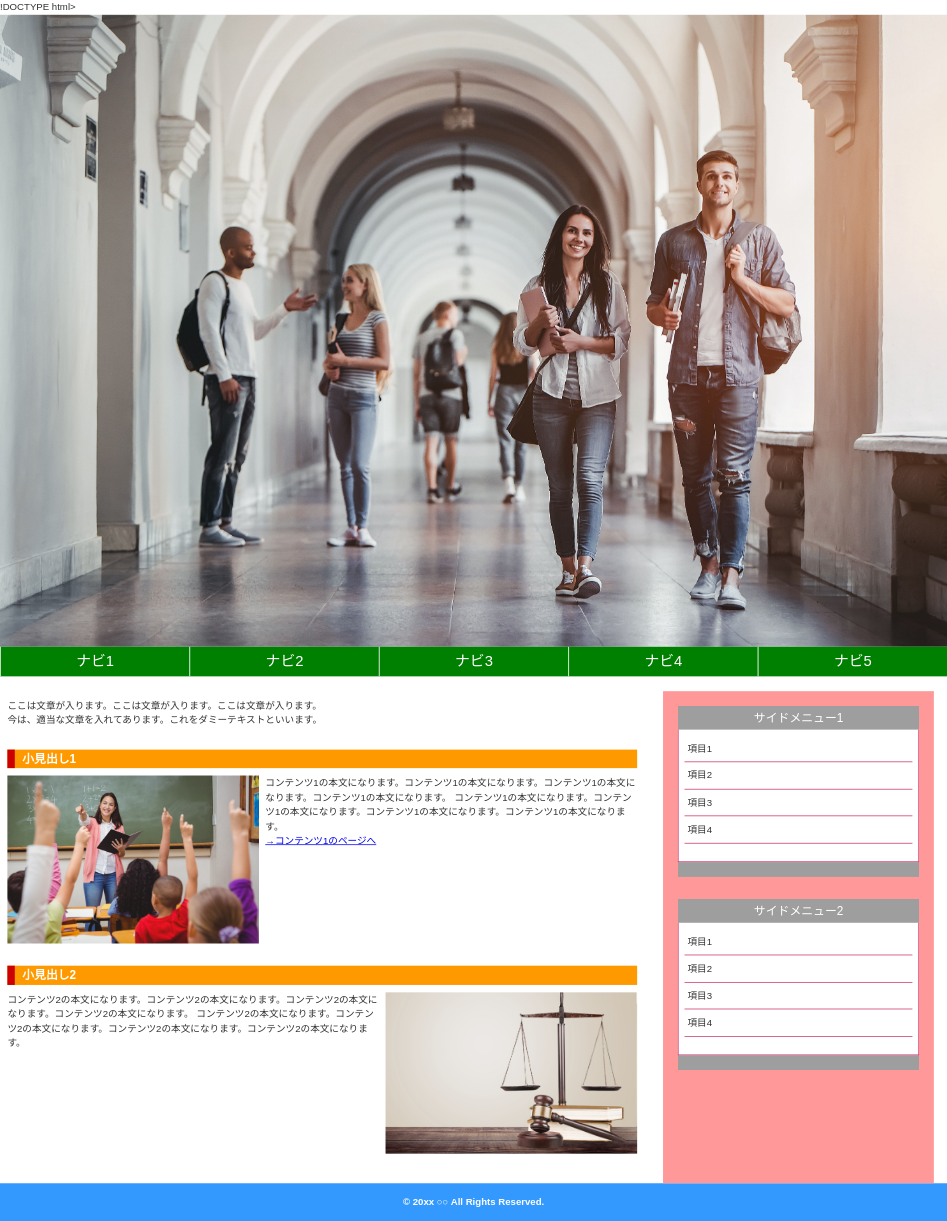
Repository: kazu999999/samurai_HTML-CSS
Page: home.html
The author's editor kept a record of every edit. The page is drawn from the files as they stood at one moment, then again after the next edit.
The browser window is 1280 px wide. The pictures show the whole page, at 74% of full size.
Pictures or frames that could not be fetched are drawn as grey boxes.

Above is the page before.

### home.html
!DOCTYPE html>
<html lang="ja">
    <head>
        <meta charset="UTF-8">
        <title>HTML/CSSの学習</title>
        <link rel="stylesheet" href="stylesheet.css">
    </head>
    <body>
        <div id="header">
            <h1><a href="index.html"><img id="corridor" src="images/corridor.jpg" alt="大学の廊下" /></a></h1>
        </div>
        <div id="wrapper">
            <div id="nav">
                <ul>
                    <li><a href="home.html">ナビ1</a></li>
                    <li><a href="#">ナビ2</a></li>
                   <li><a href="#">ナビ3</a></li>
                    <li><a href="#">ナビ4</a></li>
                    <li><a href="#">ナビ5</a></li>
                </ul>
            </div>
            <div id="container">
                <div id="main">
                    <div class="post">
                        <p>ここは文章が入ります。ここは文章が入ります。ここは文章が入ります。<br />今は、適当な文章を入れてあります。これをダミーテキストといいます。</p>
                    </div>
                    <div class="post clearfix">
                        <h2>小見出し1</h2>
                        <img class="left" src="images/classroom.jpg" alt="授業風景" />
                        <p>
                            コンテンツ1の本文になります。コンテンツ1の本文になります。コンテンツ1の本文になります。コンテンツ1の本文になります。
                            コンテンツ1の本文になります。コンテンツ1の本文になります。コンテンツ1の本文になります。コンテンツ1の本文になります。
                        </p>
                        <p><a href="#">→コンテンツ1のページへ</a></p>
                    </div>
                    <div class="post clearfix">
                        <h2>小見出し2</h2>
                        <img class="right" src="images/scale.jpg" alt="天秤" />
                        <p>
                            コンテンツ2の本文になります。コンテンツ2の本文になります。コンテンツ2の本文になります。コンテンツ2の本文になります。
                            コンテンツ2の本文になります。コンテンツ2の本文になります。コンテンツ2の本文になります。コンテンツ2の本文になります。
                        </p>
                    </div>
                </div>
                <div id="side">
                    <div class="box">
                        <h2>サイドメニュー1</h2>
                        <div class="boxBody">
                            <ul>
                                <li>項目1</li>
                                <li>項目2</li>
                                <li>項目3</li>
                                <li>項目4</li>
                            </ul>
                        </div>
                    </div>
                    <div class="box">
                        <h2>サイドメニュー2</h2>
                       <div class="boxBody">
                            <ul>
                                <li>項目1</li>
                                <li>項目2</li>
                                <li>項目3</li>
                                <li>項目4</li>
                            </ul>
                        </div>
                    </div>
               </div>
            </div>
        </div>
        <div id="footer">
            <p>&copy; 20xx ○○ All Rights Reserved.</p>
        </div>
    </body>
</html>

### stylesheet.css
@charset "utf-8";

body {
	margin: 0;
	padding: 0;
	font-family: "ヒラギノ角ゴ Pro W3", "Hiragino Kaku Gothic Pro", "メイリオ", Meiryo, Osaka, "ＭＳ Ｐゴシック", "MS PGothic", sans-serif;
	color: #333;
	font-size: 13px;
	line-height: 150%;
}

/* -------------------- wrapper -------------------- */3#wrapper {
	width: 100%;
	margin: auto;
	padding: 0px;
	border: 0px;
	background-color: #FFF;
	top: 10px;
	position: relative;
}

/* -------------------- header -------------------- */
#header {
	width: 100%;
}
#header h1 {
	margin: 0;
	padding: 0;
}

#corridor {
	width: 100%;
	height: auto;
}

/* -------------------- footer -------------------- */
#footer {
	clear: both;
	width: 100%;
	padding: 3px 0 3px 0;
	background: #39F;
	color: #FFF;
	font-weight: bold;
	text-align: center;
}

/* -------------------- nav -------------------- */
#nav {
	width: 100%;
}
#nav ul {
	display: flex;
	margin: 0;
	padding: 0;
	list-style-type: none;
}
#nav ul li {
	width: 20%;
	text-align: center;
}
#nav ul li a {
	display: block;
	height: 20px;
	margin: 0;
	padding: 10px;
	color: #FFF;
	font-size: 20px;
	text-decoration: none;
	background-color: green;
   border-left: 1px solid white;
}

#nav ul li a:hover {
	filter: drop-shadow(10px 10px 10px black);
}

/* -------------------- container -------------------- */
#container {
	width: 100%;
	margin: auto ;
	padding-top: 20px;
	clear: both;
	display: grid;
	grid-template-columns: 70vw 30vw;
}
/* -------------------- main -------------------- */
#main {
	width: 95%;
	padding: 10px 30px 10px 10px;
}
#main h2 {
	margin: 0 0 10px 0;
	padding: 3px 10px 3px 10px;
	color: #FFF;
	font-size: 16px;
	border-left: solid 10px #C00;
	background-color: #F90;
}
#main p {
	margin: 0;
	padding: 0;
}
#main .post {
	margin: 0 0 30px 0;
}

#main .post img.right {
	margin: 0 0 0 8px;
}
#main .post img.left {
	margin: 0 8px 0 0;
}

.right {
	float: right;
	width: 40%;
	height: auto;
}
.left {
	float: left;
	width: 40%;
	height: auto;
}

/* -------------------- clearfix -------------------- */
.clearfix {
	zoom: 1;
}
.clearfix:after{
	content: "";
	display: block;
	clear: both;
}

/* -------------------- side -------------------- */
#side {
	width: 85%;
	padding: 20px;
	background-color: #F99;
}
#side .box {
	margin: 0 auto 30px auto;
	padding: 0 0 20px 0;
	background: url(images/side_box.png) bottom no-repeat;
}
#side .box h2 {
	margin: 0;
	padding: 8px;
	text-align: center;
	color: #fff;
	font-size: 16px;
	line-height: 16px;
	font-weight: normal;
	background: url(images/side_box_h2.png) center no-repeat;
}
#side .box .boxBody {
	padding: 8px;
	border-right: solid 1px #C36;
	border-bottom: solid 1px #C36;
	border-left: solid 1px #C36;
	background: #fff;
}
#side .box .boxBody ul {
	margin: 0 0 16px 0;
	padding: 0;
}
#side .box .boxBody ul li {
	padding: 8px 0 8px 4px;
	list-style: none;
	border-bottom: solid 1px #C36;
}

#side .box .boxBody ul li:hover {
	padding: 8px 0 8px 4px;
	list-style: none;
	border-bottom: solid 1px #C36;
	box-shadow: 0px 4px 4px rgba(0, 0, 0, 0.3);}

After the next edit:
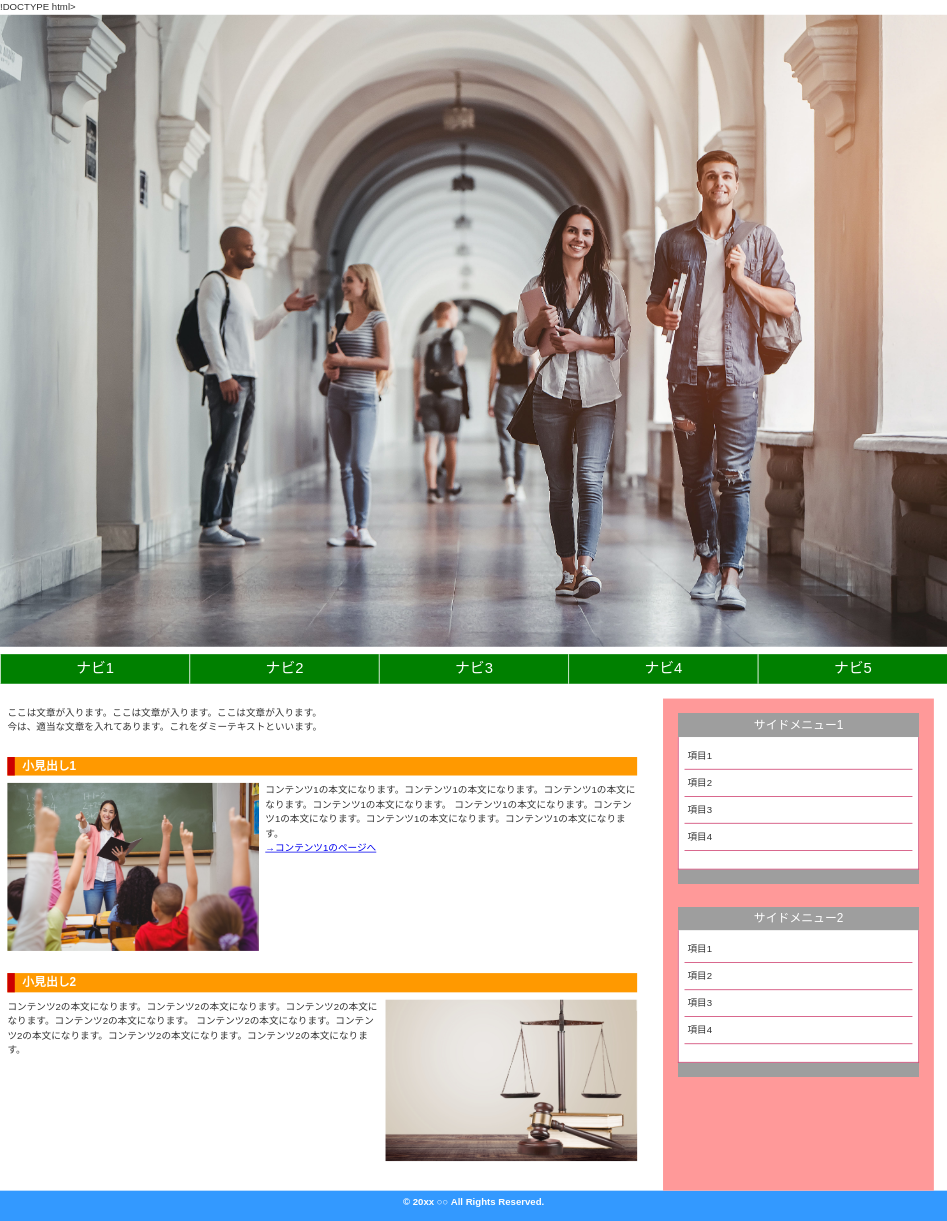
The edit:
--- a/stylesheet.css
+++ b/stylesheet.css
@@ -9,7 +9,8 @@
 	line-height: 150%;
 }
 
-/* -------------------- wrapper -------------------- */3#wrapper {
+/* -------------------- wrapper -------------------- */
+#wrapper {
 	width: 100%;
 	margin: auto;
 	padding: 0px;
